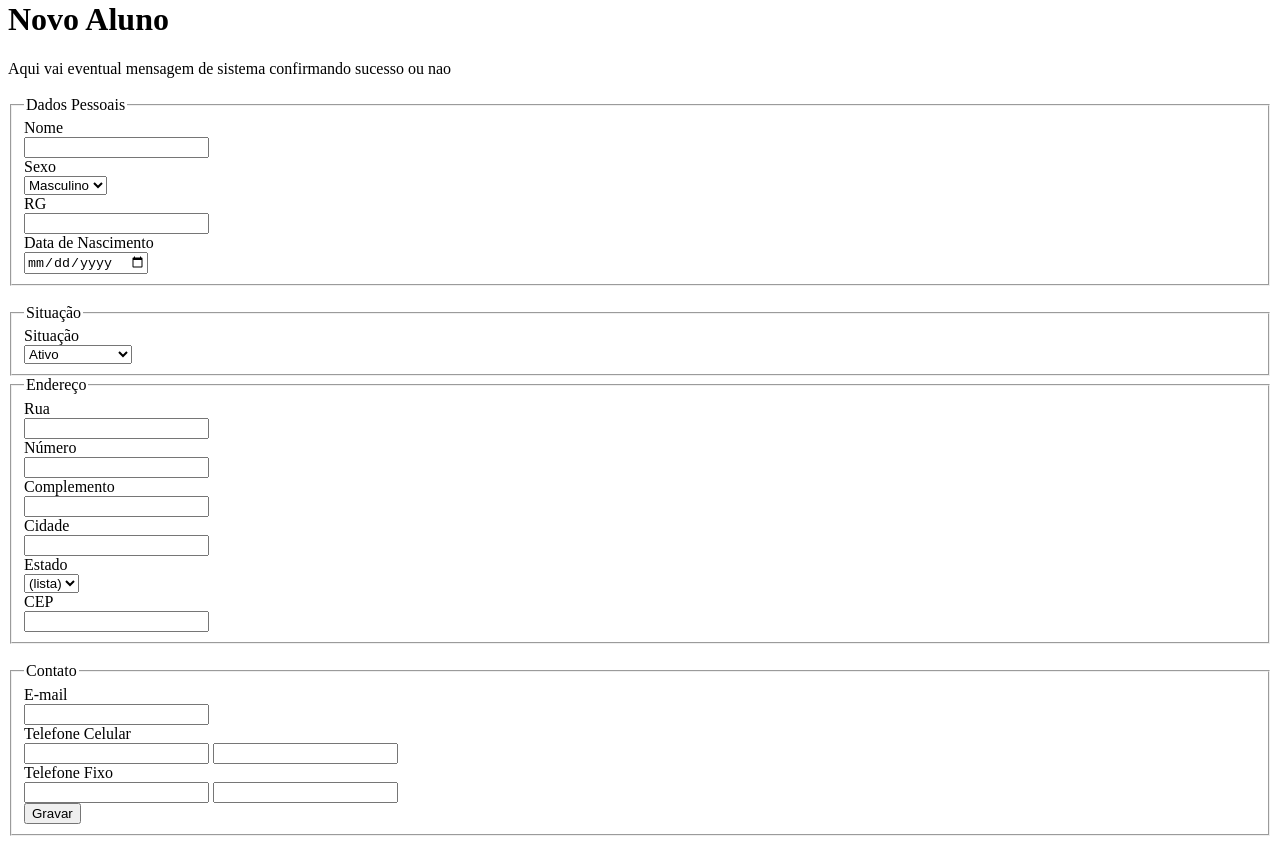
Repository: fabiodaemon/Loucademia
Page: Loucademia/WebContent/WEB-INF/novoAluno.html
An editor plug-in stored every save of this project. The page is shown before and after the next save, followed by the edit.
The browser window is 1280 px wide. The pictures show the part of the page from y = 422 to 1266 px (the page is 1266 px tall).
A picture or video elsewhere on the page could not be fetched, so the positions and the page height are approximate.

Above is the page before, as saved 2019-01-27 22:31:28.

After the next save:
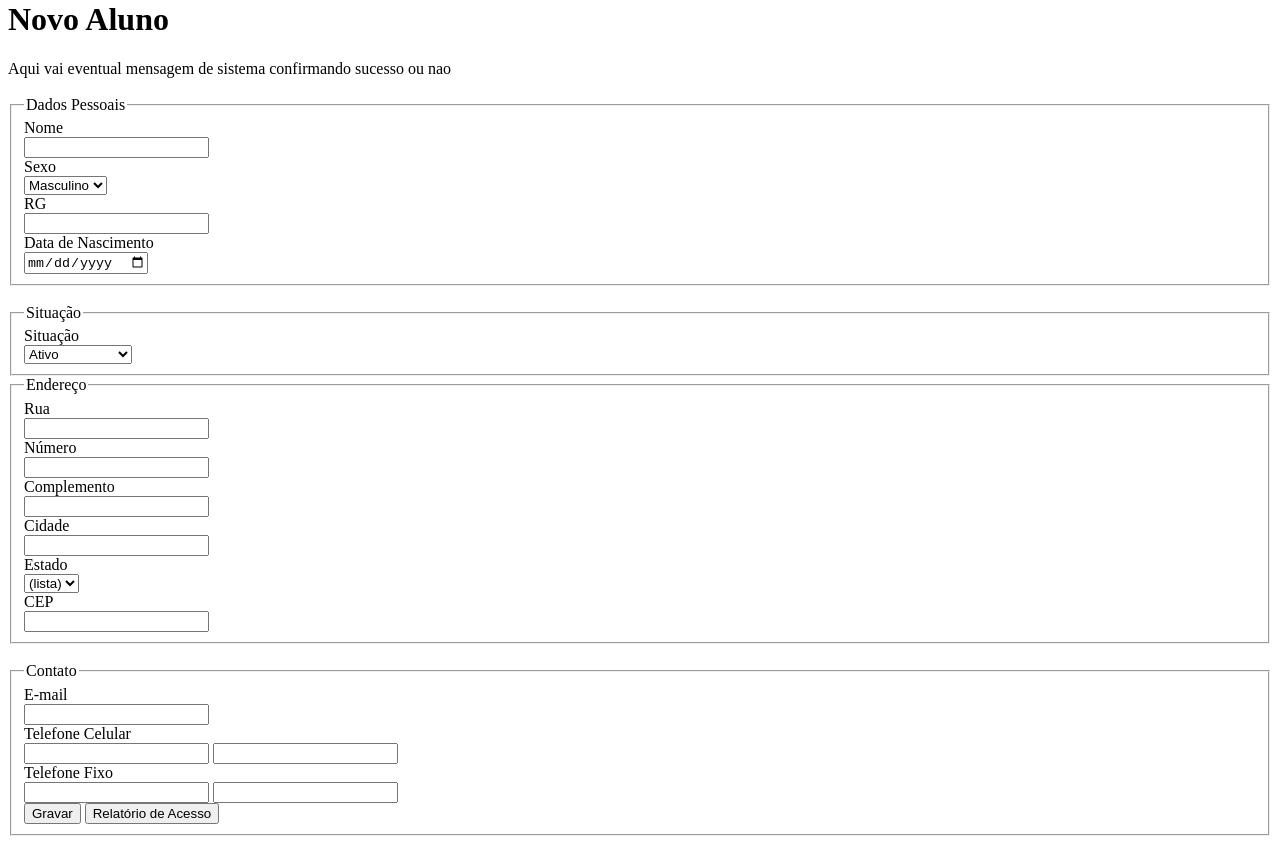
Saved 49 s later.
--- a/Loucademia/WebContent/WEB-INF/novoAluno.html
+++ b/Loucademia/WebContent/WEB-INF/novoAluno.html
@@ -103,7 +103,7 @@
 			<br>
 
 			<input type="submit" value="Gravar">
-
+			<input type="button" value="Relatório de Acesso">
 		</fieldset>
 
 	</form>
